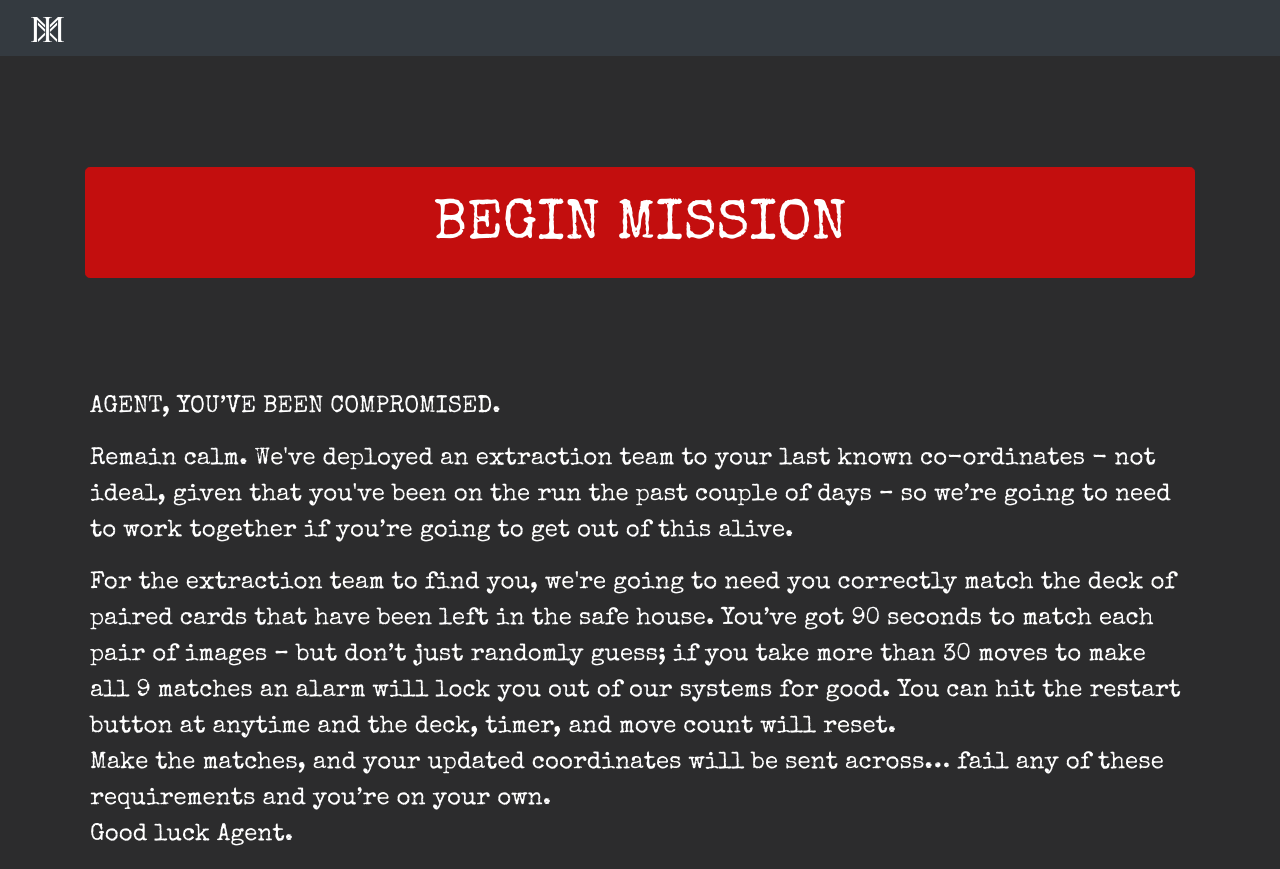
Repository: Code-Institute-Submissions/Milestone-25
Page: index.html
The author's editor kept a record of every edit. The page is drawn from the files as they stood at one moment, then again after the next edit.
The browser window is 1280 px wide. The pictures show the whole page.

Above is the page before.

### index.html
<!DOCTYPE html>
<html lang="en">

<head>
  <meta charset="UTF-8">
  <meta name="viewport" content="width=device-width, initial-scale=1">
  <meta http-equiv="X-UA-Compatible" content="ie=edge">
  <link rel="stylesheet" href="https://stackpath.bootstrapcdn.com/bootstrap/4.4.1/css/bootstrap.min.css" integrity="sha384-Vkoo8x4CGsO3+Hhxv8T/Q5PaXtkKtu6ug5TOeNV6gBiFeWPGFN9MuhOf23Q9Ifjh" crossorigin="anonymous">
  <script src="https://ajax.googleapis.com/ajax/libs/jquery/3.4.1/jquery.min.js"></script>
  <script src="https://maxcdn.bootstrapcdn.com/bootstrap/4.4.1/js/bootstrap.min.js"></script>
  <link rel="stylesheet" href="assets/css/style.css" media="screen">
  <title>Memoryphile Home</title>
</head>

<body>
  <!--Navbar for style purposes only-->
  <nav class="navbar navbar-expand-md navbar-dark bg-dark sticky-top">
    <div class="container-fluid">
      <a class="navbar-brand"><img src="./assets/images/logo.png" height="25" alt="Memoryphile Logo"></a>
    </div>
  </nav>

  <!--Button to jump to game-->
  <div class="container-fluid padding">
    <div class="row padding">
      <div class="container-sm">
        <button type="button" class="btn btn-secondary btn-lg btn-block">BEGIN MISSION</button>
      </div>
    </div>
  </div>

  <!--Instructions paragraph-->
  <div class="container-fluid padding">
    <div class="row padding">
      <div class="col-md">
        <p class="instructions">AGENT, YOU’VE BEEN COMPROMISED. <p class="instructions">Remain calm. We've deployed an extraction team to your last known co-ordinates - not ideal, given that you've been on the run the past couple of days – so we’re going to need to work together if you’re going
          to get out of this alive.
          <p class="instructions"> For the extraction team to find you, we're going to need you correctly match the deck of paired cards that have been left in the safe house. You’ve got 90 seconds to match each pair of images – but don’t just randomly guess; if you take
          more than 30 moves to make all 9 matches an alarm will lock you out of our systems for good. You can hit the restart button at anytime and the deck, timer, and move count will reset.
          <br> Make the matches, and your updated coordinates will be sent across… fail any of these requirements and you’re on your own.
          <br> Good luck Agent.
        </p>
      </div>
    </div>
  </div>



</body>



<script type="text/javascript" src="./assets/js/main.js"></script>

</html>

### assets/css/style.css
@import url('https://fonts.googleapis.com/css?family=Homemade+Apple|Special+Elite&display=swap');

/* ==============STYLING==============*/

/*--------HTML, BODY Styling-----*/

html,
body {
  height: 100%;
  width: 100%;
  font-family: 'Special Elite', sans-serif;
  color: #fff;
  background-color: #2c2c2d;
}

/*------------BUTTON STYLING--------*/

.btn-secondary {
    background-color: #c30e0e;
    border-color: #c30e0e;
    margin-top: 10%;
    margin-bottom: 10%;
    font-size: 350%;
    padding-top: 1.5%;

}


/*------------Instructions STYLING--------*/

.instructions {
  font-size: 150%;
  display: inline-block;
  margin-left: 6%;
  margin-right: 6%;
}

### assets/js/main.js
//on page open, timer counts from 90 secs down

//on page open, or on restart, cards are reshuffled

//on reset, cards shuffled, reset game board, reset timer

//if timer = 0, game over

// on click, moves increases by 1

// if moves > 40, game over

//on restart, pasue game and timer and ask for confirmation
    //if confirmation = true page refreshes and timer + cards all reset
    //if confirmation = false, game and timer resumes


// on click:
    //if no other card active, flip card and set to active
    //if other card active, compare img of both active cards
        //if img match, match counter increase by one
        //on no match, both cards return to rest state

//(no. of cards = 18)

//if match counter = 9, player wins.

//if match counter = 9, timer stops

//score? = at win, total moves and total time remaining

//set keyboard (p)ause and (esc)ape actions

//if player wins, produce success message (and rating out of three?)

//if player loses (out of time, or exceeds moves), produce loss message

After the next edit:
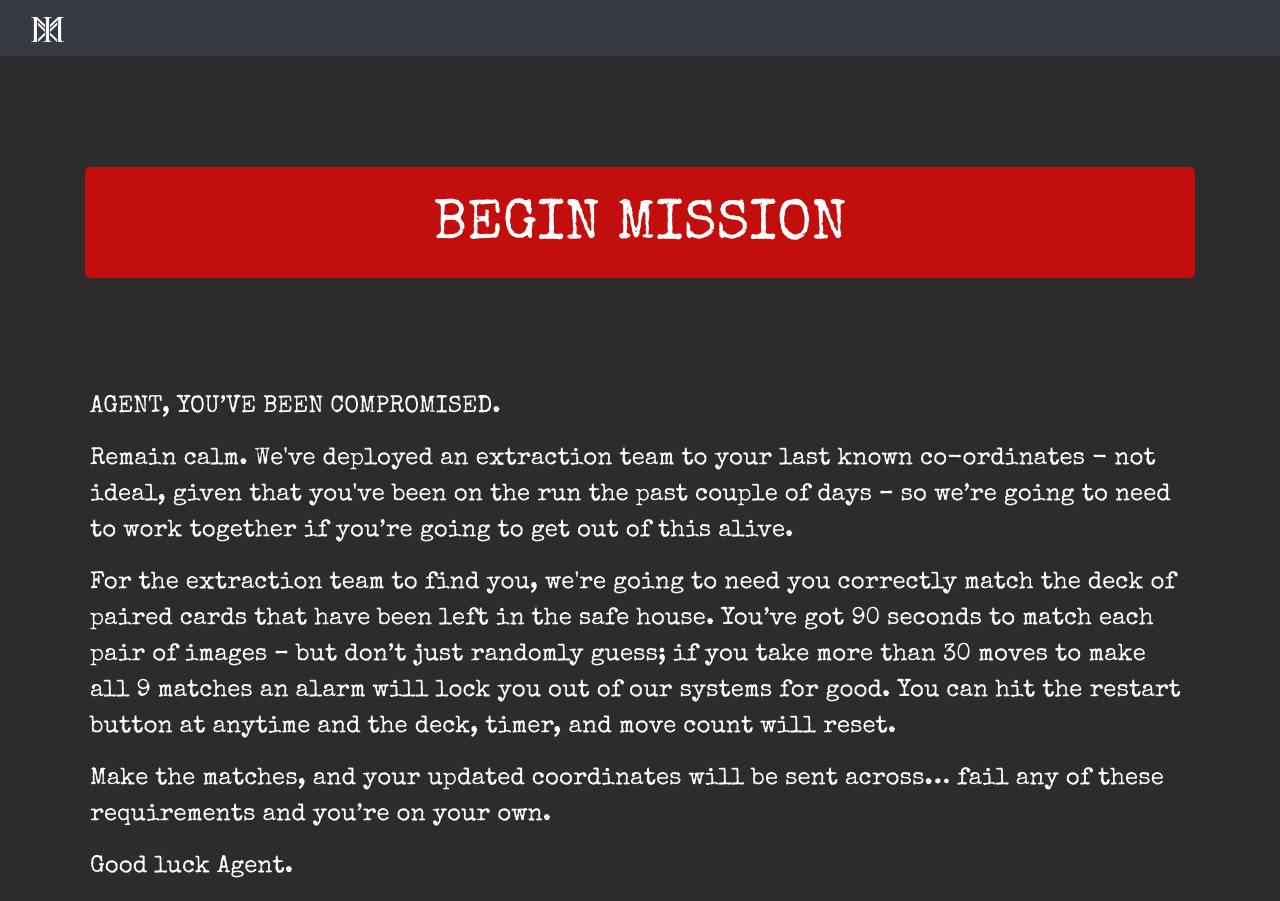
The edit:
--- a/index.html
+++ b/index.html
@@ -37,8 +37,8 @@
           to get out of this alive.
           <p class="instructions"> For the extraction team to find you, we're going to need you correctly match the deck of paired cards that have been left in the safe house. You’ve got 90 seconds to match each pair of images – but don’t just randomly guess; if you take
           more than 30 moves to make all 9 matches an alarm will lock you out of our systems for good. You can hit the restart button at anytime and the deck, timer, and move count will reset.
-          <br> Make the matches, and your updated coordinates will be sent across… fail any of these requirements and you’re on your own.
-          <br> Good luck Agent.
+          <p class="instructions"> Make the matches, and your updated coordinates will be sent across… fail any of these requirements and you’re on your own.
+          <p class="instructions"> Good luck Agent.
         </p>
       </div>
     </div>
